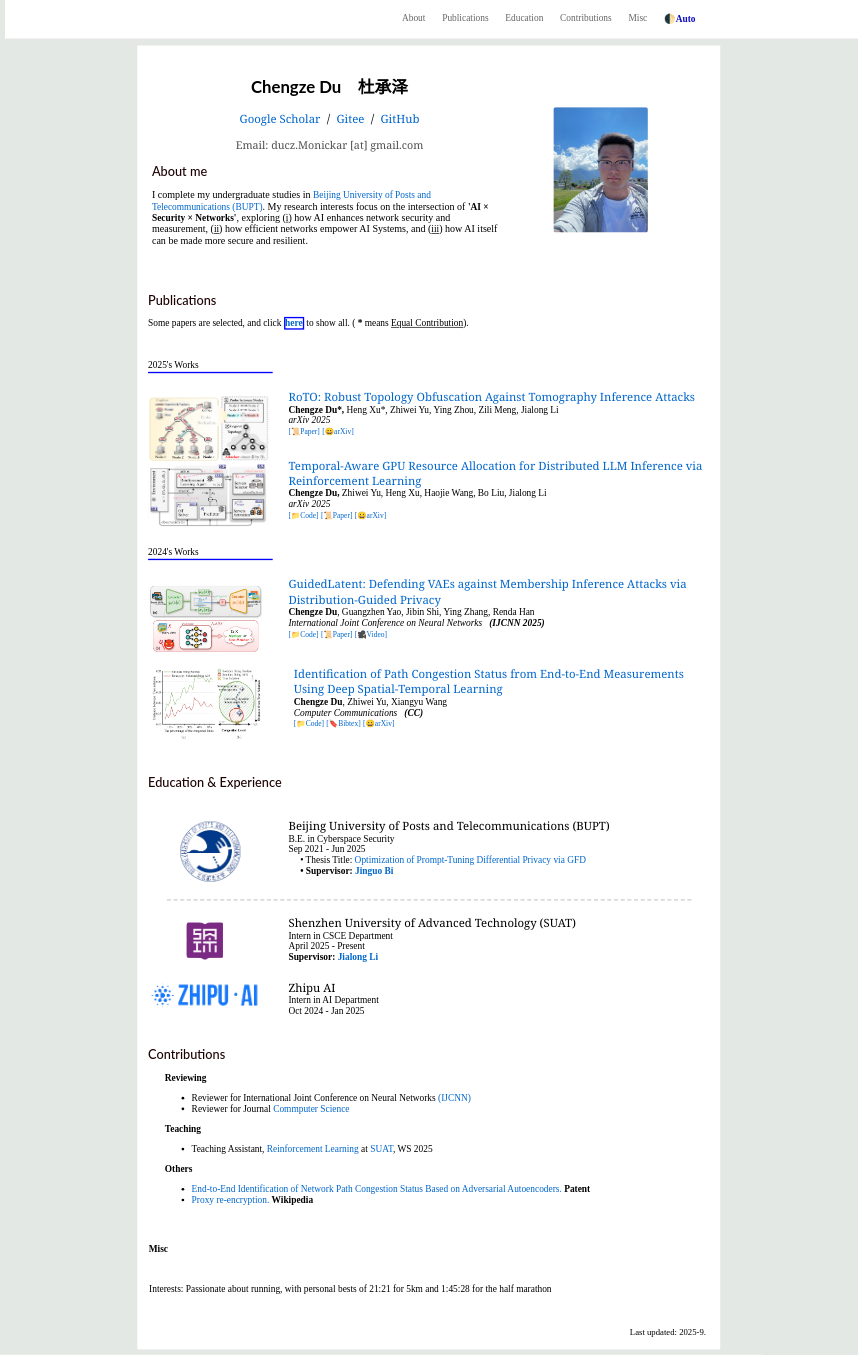
Repository: Monickar/Monickar.github.io
Page: index.html
The author's editor kept a copy of each file at every save. The page is drawn from the files as they stood at one save, then again after the next save.
The browser window is 1280 px wide. The pictures show the whole page, at 67% of full size.

Above is the page before, as saved 2025-10-28 18:53:57.

After the next save:
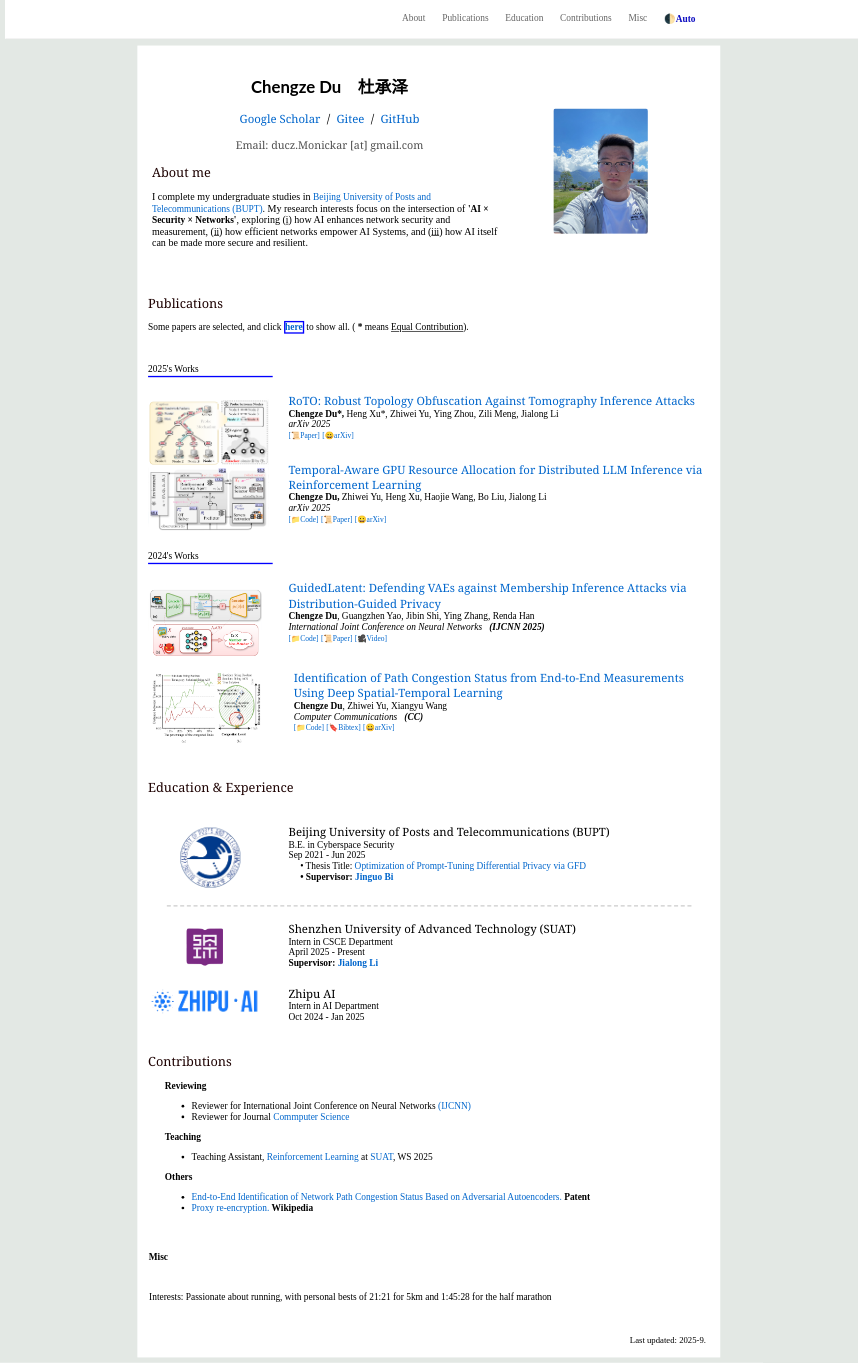
Saved 8 s later.
--- a/styles.css
+++ b/styles.css
@@ -13,7 +13,7 @@
 }
 
 .subtitle {
-  font-family: 'Lato', Georgia, Helvetica, sans-serif;
+  font-family:  Georgia, Helvetica, sans-serif;
   font-size: 19px;
   font-weight: 500;
   color: #1e0202;
